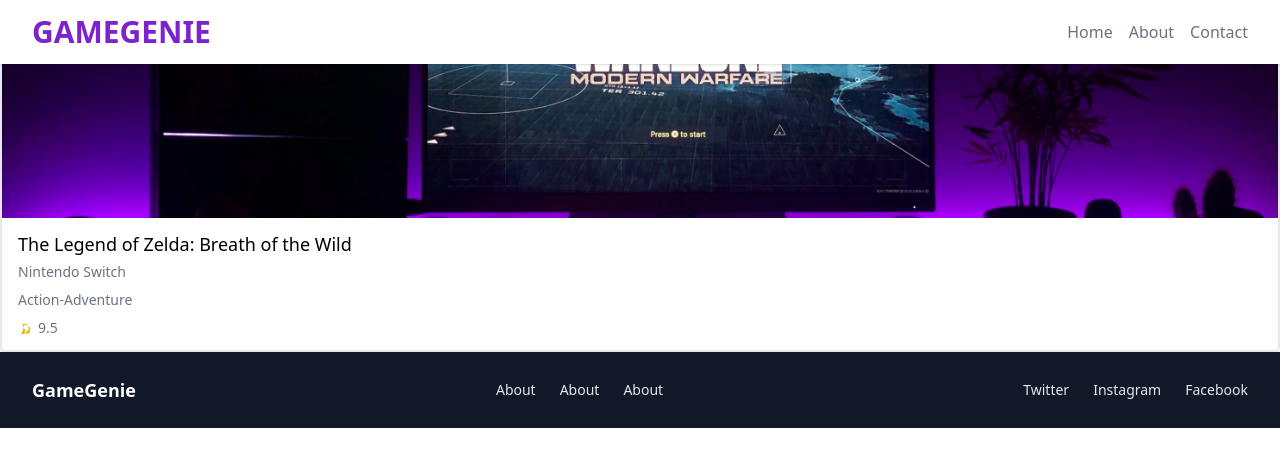
Repository: mfaeezshabbir/Gamegenie
Page: /signup
These files come from the project's save history. The page is drawn as it stood at one moment and after a run of saves; the edit follows.
The browser window is 1280 px wide. The pictures show the whole page.
The project was rebuilt for these pictures with package versions that can differ from the ones it lists, and the page was loaded fresh each time. The framework's server and built-in components were replaced by stand-ins that run in the browser. Also part of the build but not shown: next.config.js.

Above is the page before, as saved 2023-04-16 15:09:43.

After the next 9 saves:
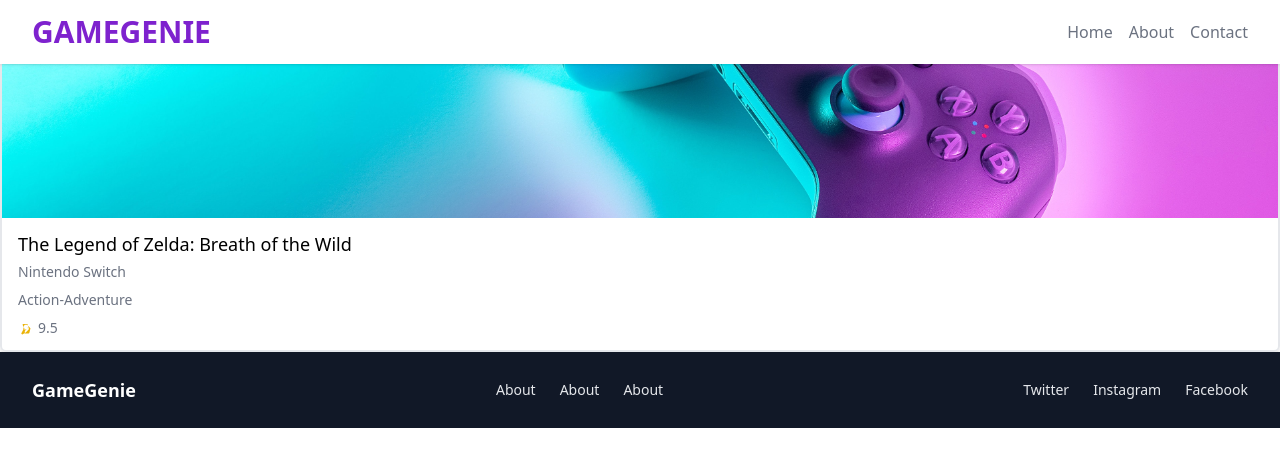
The 9 saves are shown as one change because 1 did not build or start and some came seconds apart.
The last was saved 29 s later.
--- a/pages/signup.jsx
+++ b/pages/signup.jsx
@@ -7,7 +7,7 @@
       Signup
       <GameCard
         title="The Legend of Zelda: Breath of the Wild"
-        imageSrc="/hero-image.jpg"
+        imageSrc= {gameImage3}
         platform="Nintendo Switch"
         genre="Action-Adventure"
         rating="9.5"
